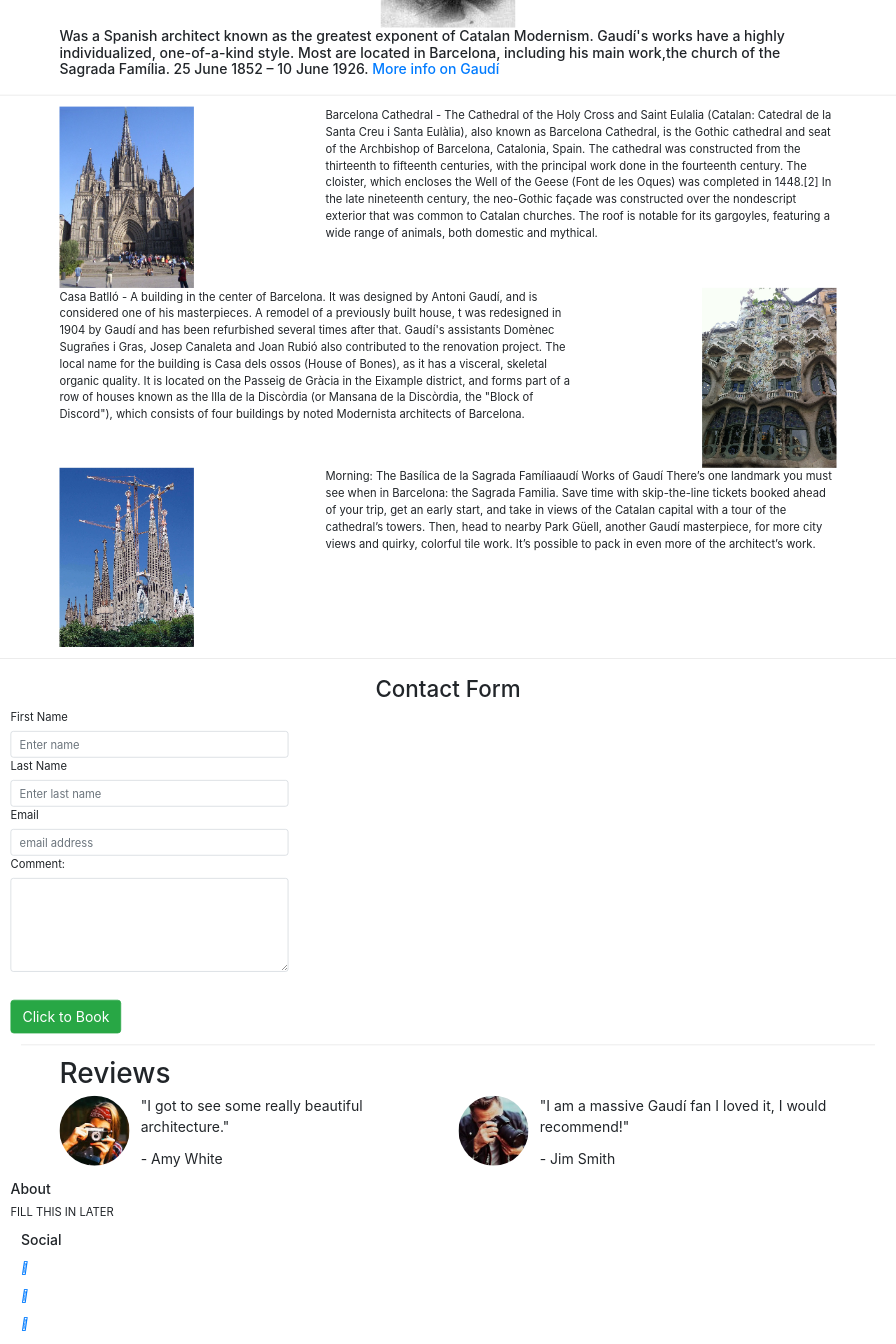
Repository: Taitdanielle/Milestone1
Page: index.html
The author's editor kept a record of every edit. The page is drawn from the files as they stood at one moment, then again after the next edit.
The browser window is 1280 px wide. The pictures show the part of the page from y = 1185 to 3105 px (the page is 3105 px tall before and 2945 px after), at 70% of full size.

Above is the page before.

### index.html
<!DOCTYPE html>
<html lang="en">

<head>
    <meta charset="UTF-8">
    <title>Gaudí in a day!</title>
    <meta name="viewport" content="width=device-width, initial-scale=1.0">
    <meta http-equiv="X-UA-Compatible" content="ie=edge">
    <link href="https://fonts.googleapis.com/css?family=Lato&display=swap" rel="stylesheet">
    <link rel="stylesheet" href="https://stackpath.bootstrapcdn.com/bootstrap/4.3.1/css/bootstrap.min.css" integrity="sha384-ggOyR0iXCbMQv3Xipma34MD+dH/1fQ784/j6cY/iJTQUOhcWr7x9JvoRxT2MZw1T" crossorigin="anonymous">
    <link rel="stylesheet" href="https://cdnjs.cloudflare.com/ajax/libs/font-awesome/4.7.0/css/font-awesome.min.css">
    <link rel="stylesheet" href="css/style.css" type="text/css" />
</head>

<body>

    <!-- nav -->

    <nav class="navbar navbar-expand-lg navbar-light bg-light nav-bar-hover">
        <a class="navbar-brand">Gaudí in a Day</a>
        <button class="navbar-toggler" type="button" data-toggle="collapse" aria-expanded="false" aria-label="Toggle navigation">
    <span class="navbar-toggler-icon"></span>
  </button>
        <div class="collapse navbar-collapse">
            <ul class="navbar-nav">
                <li class="nav-item active">
                    <a class="nav-link" href="#home">Home <span class="sr-only">(current)</span></a>
                </li>
                <li class="nav-item">
                    <a class="nav-link" href="#about">About</a>
                </li>
                <li class="nav-item">
                    <a class="nav-link" href="#review">Reviews</a>
                </li>
            </ul>
        </div>
    </nav>

    <!--Hero image and website slogan-->

    <header id="intro-image">
        <div class="container-fluid">
            <div class="row h-100 align-items-center justify-content-center text-center">
                <div class="col-12">
                    <h1><b>Gaudí in a Day</b></h1>
                    <div class="col-12 mw-100">
                        <p>There are landmark's you must see when in Barcelona and for Gaudí fans this is the right place to be!</p>
                    </div>
                </div>
            </div>
        </div>
    </header>

    <!-- end hero image /-->

    <div class="container text-center">
        <h2> How to do Gaudí in a day?</h2>
        <p> For Gaudí fans this is the right place to be Save time with skip-the-line tickets booked ahead of your trip, get an early start, and take in views Catalan capital with a tour of the cathedral’s towers. Then, head to nearby Park Güell, another
            Gaudí masterpiece, for more city views and quirky, colorful tile work. It’s possible to pack in even more of the architect’s work with a Gaudí-themed tour that includes entrance to both Sagrada Familia and Park Güell, plus a walk down Passeig
            de Gracia to see Casa Batlló and La Pedrera from the outside. Have a look of some of the famous buildings below! </p>
    </div>

    <hr class="block-divider block-divider--short">

    <!-- image cards -->

    <div class="container">
        <div class="row">
            <div class="col-md-4">
                <div class="card-class">
                    <a href="#card1">
                    <img src="images/gaudi2.jpg" class="card-img-top" alt="Casa Battlo Building"></a>
                    <div class="card-body">
                        <p class="card-text text-center"> <b>Casa Batlló</b></p>
                    </div>
                </div>
            </div>

            <div class="col-md-4">
                <div class="card-class">
                    <a href="#card2">
                    <img src="images/Sta-eulalia.jpg" class="card-img-top" alt="The Cathedral of Barcelona"></a>
                    <div class="card-body">
                        <p class="card-text text-center"> <b>The Cathedral of Barcelona</b></p>
                    </div>
                </div>
            </div>

            <div class="col-md-4">
                <div class="card-class">
                    <a href="#card3">
                    <img src="images/sagrada-familia.jpg" class="card-img-top" alt="sagrada familia"></a>
                    <div class="card-body">
                        <p class="card-text text-center"><b>Sagrada Familia</b>
                        </p>
                    </div>
                </div>
            </div>
        </div>
    </div>

    <!-- Gaudi info -->

    <hr class="block-divider block-divider--short">

    <div class="container">
        <div class="row">
            <div class="col-md-12 title-heading-conatainer">
                <h3>Antoni Gaudí </h3>
            </div>
            <div id="about" class="col-md-12 text-center">
                <img src="images/gaudi.jpg" alt="antoni gaudi">
            </div>
            <div class="col-md-12">
                <h5>Was a Spanish architect known as the greatest exponent of Catalan Modernism. Gaudí's works have a highly individualized, one-of-a-kind style. Most are located in Barcelona, including his main work,the church of the Sagrada Família. 25
                    June 1852 – 10 June 1926.
                    <a href="https://en.wikipedia.org/wiki/Antoni_Gaud%C3%AD" target="_blank"> More info on Gaudí</a></h5>
            </div>
        </div>
    </div>
    <hr class="block-divider block-divider--short">
    <!-- Gaudi info End -->

    <!-- image info -->

    <div class="container">
        <div class="row">
            <div class="col-md-4">
                <img src="images/Sta-eulalia.jpg" class="float-left" alt="barrigotic building">
            </div>
            <div class="col-md-8" id="card2">
                <p class="par-padding-left">Barcelona Cathedral - The Cathedral of the Holy Cross and Saint Eulalia (Catalan: Catedral de la Santa Creu i Santa Eulàlia), also known as Barcelona Cathedral, is the Gothic cathedral and seat of the Archbishop of Barcelona, Catalonia,
                    Spain. The cathedral was constructed from the thirteenth to fifteenth centuries, with the principal work done in the fourteenth century. The cloister, which encloses the Well of the Geese (Font de les Oques) was completed in 1448.[2]
                    In the late nineteenth century, the neo-Gothic façade was constructed over the nondescript exterior that was common to Catalan churches. The roof is notable for its gargoyles, featuring a wide range of animals, both domestic and mythical.
                </p>
            </div>
        </div>
    </div>

    <div class="container">
        <div class="row">
            <div class="col-md-8">
                <p class="par-padding-right" id="card1"> Casa Batlló - A building in the center of Barcelona. It was designed by Antoni Gaudí, and is considered one of his masterpieces. A remodel of a previously built house, t was redesigned in 1904 by Gaudí and has been refurbished several
                    times after that. Gaudí's assistants Domènec Sugrañes i Gras, Josep Canaleta and Joan Rubió also contributed to the renovation project. The local name for the building is Casa dels ossos (House of Bones), as it has a visceral, skeletal
                    organic quality. It is located on the Passeig de Gràcia in the Eixample district, and forms part of a row of houses known as the Illa de la Discòrdia (or Mansana de la Discòrdia, the "Block of Discord"), which consists of four buildings
                    by noted Modernista architects of Barcelona.</p>
            </div>
            <div class="col-md-4">
                <img src="images/gaudi2.jpg" class="float-right" alt="Building">
            </div>
        </div>
    </div>

    <div class="container">
        <div class="row">
            <div class="col-md-4" id="card3">
                <img src="images/sagrada-familia.jpg" class="float-left" alt=building>
            </div>
            <div class="col-md-8">
                <p class="par-padding-left">Morning: The Basílica de la Sagrada Famíliaaudí Works of Gaudí There’s one landmark you must see when in Barcelona: the Sagrada Familia. Save time with skip-the-line tickets booked ahead of your trip, get an early start, and take in views
                    of the Catalan capital with a tour of the cathedral’s towers. Then, head to nearby Park Güell, another Gaudí masterpiece, for more city views and quirky, colorful tile work. It’s possible to pack in even more of the architect’s work.</p>
            </div>
        </div>
    </div>

    <!-- Image info end /-->

    <hr class="block-divider block-divider--short">

    <!-- Contact Form -->

    <section class="container-fluid form mt-4" id="contact">
        <form action="#" method="post">
            <h2 class="text-center">Contact Form</h2>
            <div class="row">
                <div class="col-md-4">
                    <label for="form-name">First Name</label>
                    <input type="text" class="form-control" id="form-name" placeholder="Enter name" name="name required">
                </div>
            </div>
            <div class="row">
                <div class="col-md-4">
                    <label for="lastname">Last Name</label>
                    <input type="text" class="form-control" id="lastname" placeholder="Enter last name" name="lastname required">
                </div>
            </div>
            <div class="row">
                <div class="col-md-4">
                    <label for="email">Email</label>
                    <input type="email" class="form-control" name="email required" id="email" placeholder="email address">
                </div>
            </div>
            <div class="row">
                <div class="col-md-4">
                    <div class="form-group">
                        <label for="comment">Comment:</label>
                        <textarea class="form-control" rows="5" id="comment" name="text required"></textarea>
                    </div>
                    <br>
                </div>
            </div>
            <div id="book">
                <button type="button" class="btn btn-success btn-lg" data-toggle="modal" data-target="#myModal">Click to
            Book</button></div>
            </div>
            <!-- Form End /-->

            <!-- Modal -->
            <div id="myModal" class="modal fade" role="dialog">
                <div class="modal-dialog">

                    <!-- Modal content-->
                    <div class="modal-content">
                        <div class="modal-header">
                            <h4 class="modal-title">Thank you for your request!</h4>
                        </div>
                        <div class="modal-body">
                            <p>You will receive a respond as soon as possible.</p>
                        </div>
                        <div class="modal-footer">
                            <button type="button" class="btn btn-default" data-dismiss="modal">Close</button>
                        </div>
                    </div>

                </div>
            </div>
            <!-- Reviews -->
            <!-- /.callout -->
            <div class="container-fluid callout-container">
                <hr class="block-divider block-divider--short">
                <!-- Quotes -->
                <div class="container-wrapper">
                    <div class="container quotes-container content-container">
                        <section class="quotes">
                            <h1>Reviews </h1>
                            <div class="row">
                                <div class="col-12 page-header">
                                </div>
                            </div>
                            <div class="row">
                                <div class="col-12 col-md-6" id="review">
                                    <div class="media">
                                        <div class="d-none d-sm-block">
                                            <img src="images/girl.jpg" class="rounded-circle mr-3" height=100 width=100 alt="girl">
                                        </div>
                                        <div class="media-body">
                                            <blockquote class="blockquote">
                                                <p>"I got to see some really beautiful architecture."</p>
                                                <p>- Amy White</p>
                                            </blockquote>
                                        </div>
                                    </div>
                                </div>
                                <div class="col-12 col-md-6">
                                    <div class="media">
                                        <div class="d-none d-sm-block">
                                            <img src="images/man.jpg" class="rounded-circle mr-3" height=100 width=100 alt="man">
                                        </div>
                                        <div class="media-body">
                                            <blockquote class="blockquote">
                                                <p>"I am a massive Gaudí fan I loved it, I would recommend!"</p>
                                                <p>- Jim Smith</p>
                                            </blockquote>
                                        </div>
                                    </div>
                                </div>
                            </div>
                    </div>
                    </section>
                    <!-- Reviews end -->
                    <!-- footer -->

                    <footer class="container-fluid">
                        <div id="footer-details" class="row">
                            <div class="col-sm-4">
                                <h5 class="uppercase general-sub">About</h5>
                                <p class="inline-block">
                                    FILL THIS IN LATER
                                </p>
                                <div class="col-sm-4">
                                    <h5 class="uppercase general-sub">Social</h5>
                                    <p class="inline-block">
                                    </p>
                                    <p><a href="https://www.facebook.com" target="_blank"><i class="fab fa-facebook-square"></i></a></p>
                                    <p><a href="https://www.twitter.com" target="_blank"><i class="fab fa-twitter-square"></i></a></p>
                                    <p><a href="https://www.skype.com" target="_blank"><i class="fab fa-skype"></i></a></p>

                                </div>
                            </div>
                    </footer>
                    </div>
</body>

</html>
<script src="https://code.jquery.com/jquery-3.3.1.slim.min.js" integrity="sha384-q8i/X+965DzO0rT7abK41JStQIAqVgRVzpbzo5smXKp4YfRvH+8abtTE1Pi6jizo" crossorigin="anonymous"></script>
<script src="https://cdnjs.cloudflare.com/ajax/libs/popper.js/1.14.3/umd/popper.min.js" integrity="sha384-ZMP7rVo3mIykV+2+9J3UJ46jBk0WLaUAdn689aCwoqbBJiSnjAK/l8WvCWPIPm49" crossorigin="anonymous"></script>
<script src="https://stackpath.bootstrapcdn.com/bootstrap/4.1.3/js/bootstrap.min.js" integrity="sha384-ChfqqxuZUCnJSK3+MXmPNIyE6ZbWh2IMqE241rYiqJxyMiZ6OW/JmZQ5stwEULTy" crossorigin="anonymous"></script>

### css/style.css
container {
    background-color: #FBEAFF;
}

After the next edit:
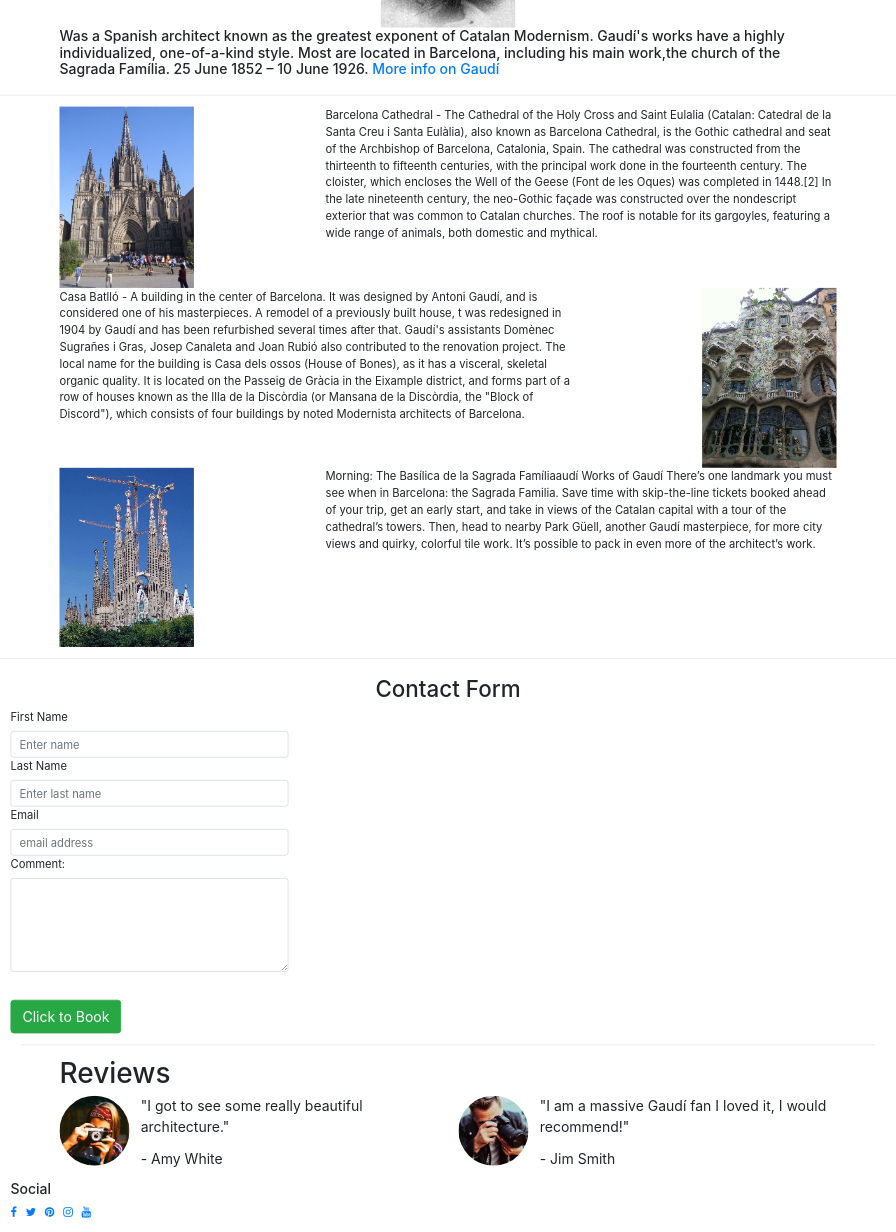
The edit:
--- a/index.html
+++ b/index.html
@@ -273,22 +273,42 @@
                     <footer class="container-fluid">
                         <div id="footer-details" class="row">
                             <div class="col-sm-4">
-                                <h5 class="uppercase general-sub">About</h5>
-                                <p class="inline-block">
-                                    FILL THIS IN LATER
-                                </p>
-                                <div class="col-sm-4">
-                                    <h5 class="uppercase general-sub">Social</h5>
-                                    <p class="inline-block">
-                                    </p>
-                                    <p><a href="https://www.facebook.com" target="_blank"><i class="fab fa-facebook-square"></i></a></p>
-                                    <p><a href="https://www.twitter.com" target="_blank"><i class="fab fa-twitter-square"></i></a></p>
-                                    <p><a href="https://www.skype.com" target="_blank"><i class="fab fa-skype"></i></a></p>
-
-                                </div>
+                                <h5 class="uppercase general-sub">Social</h5>
+                                <ul class="list-inline social-links">
+                                    <li class="list-inline-item">
+                                        <a target="_blank" href="#">
+                            <i class="fa fa-facebook" aria-hidden="true"></i>
+                            <span class="sr-only">Facebook</span>
+                        </a>
+                                    </li>
+                                    <li class="list-inline-item">
+                                        <a target="_blank" href="#">
+                            <i class="fa fa-twitter" aria-hidden="true"></i>
+                            <span class="sr-only">Twitter</span>
+                        </a>
+                                    </li>
+                                    <li class="list-inline-item">
+                                        <a target="_blank" href="#">
+                            <i class="fa fa-pinterest" aria-hidden="true"></i>
+                            <span class="sr-only">Pinterest</span>
+                        </a>
+                                    </li>
+                                    <li class="list-inline-item">
+                                        <a target="_blank" href="#">
+                            <i class="fa fa-instagram" aria-hidden="true"></i>
+                            <span class="sr-only">Instagram</span>
+                        </a>
+                                    </li>
+                                    <li class="list-inline-item">
+                                        <a target="_blank" href="#">
+                            <i class="fa fa-youtube" aria-hidden="true"></i>
+                            <span class="sr-only">YouTube</span>
+                        </a>
+                                    </li>
+                                </ul>
                             </div>
-                    </footer>
-                    </div>
+                        </div>
+                </div>
 </body>
 
 </html>
